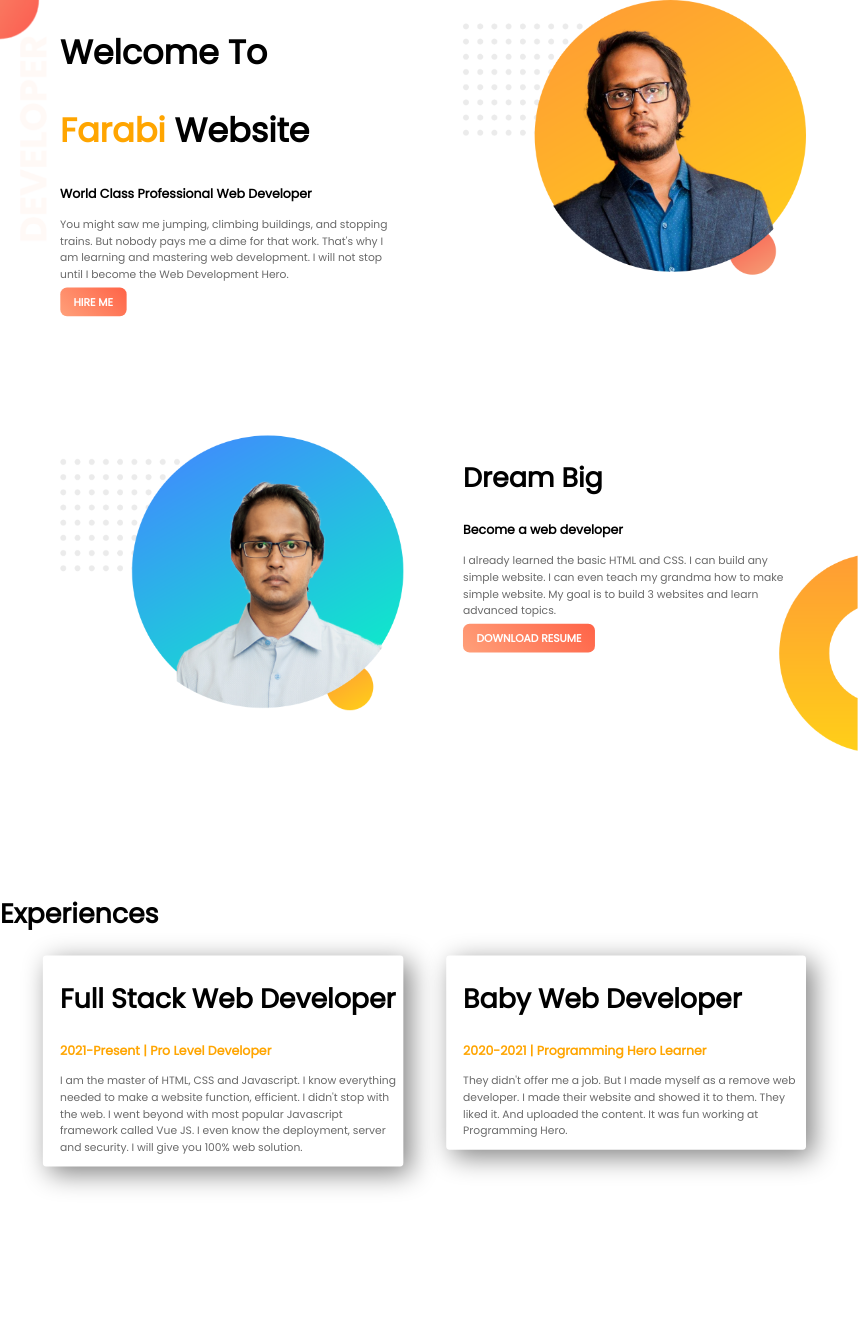
Repository: mohsinfarabi/web-portfolio
Page: index.html
An editor plug-in stored every save of this project. The page is shown before and after the next save, followed by the edit.
The browser window is 1280 px wide. The pictures show the whole page, at 67% of full size.

Above is the page before, as saved 2020-06-30 23:54:23.

After the next save:
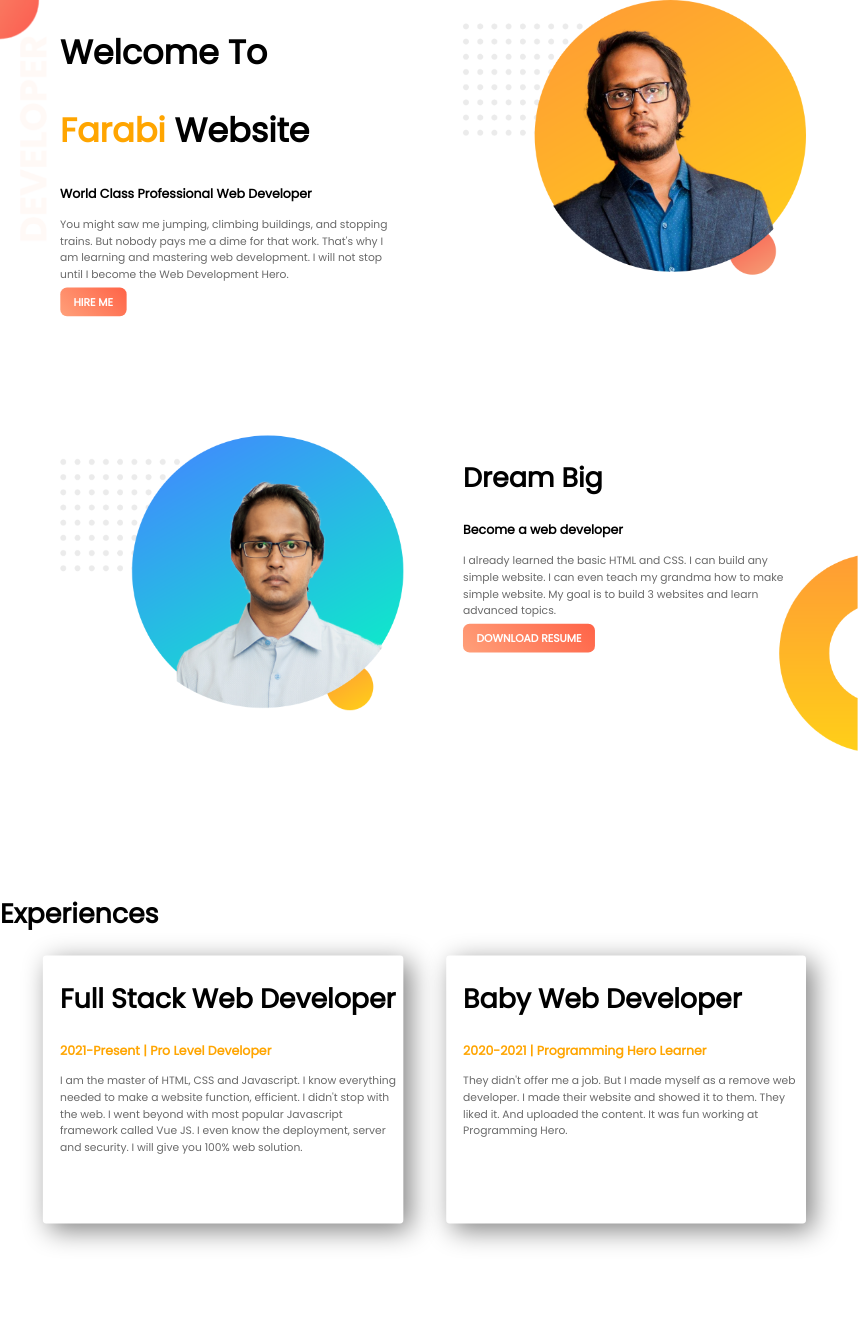
Saved 28 s later.
--- a/style.css
+++ b/style.css
@@ -58,4 +58,5 @@ section {
 .single-experience {
     box-shadow: 10px 10px 40px gray;
     border-radius: 5px;
+    height: 80%;
 }
